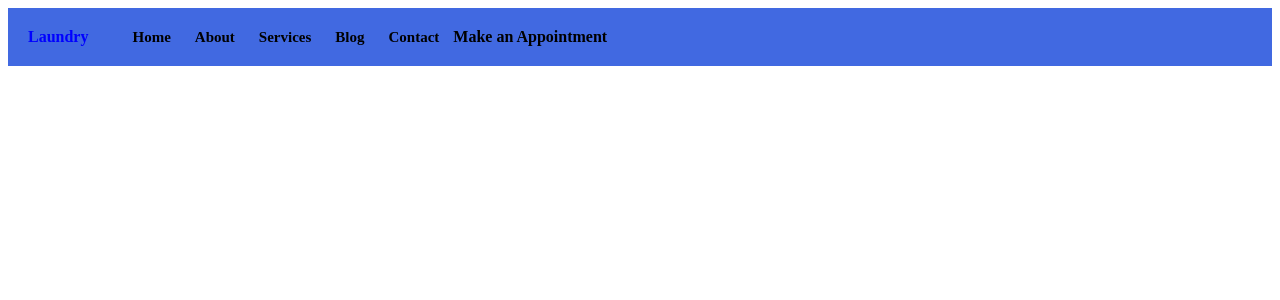
Repository: Tobby004/BDC-Assignment-4
Page: index.html
The author's editor kept a copy of each file at every save. The page is drawn from the files as they stood at one save, then again after the next save.
The browser window is 1280 px wide. The pictures show the whole page.

Above is the page before, as saved 2023-03-08 04:22:11.

After the next save:
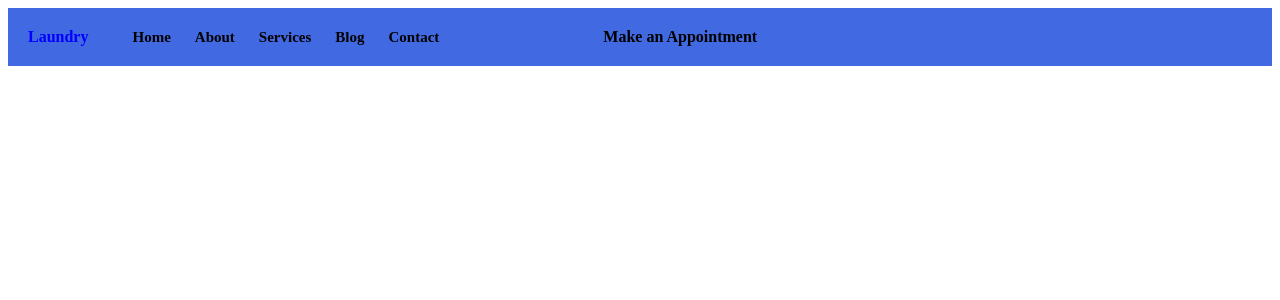
Saved 28 s later.
--- a/task.css
+++ b/task.css
@@ -27,5 +27,5 @@ body {
 .navbar li b {
     color: black;
     display: inline-block;
-    margin-right: 40px;
+    margin-left: 150px;
 }
